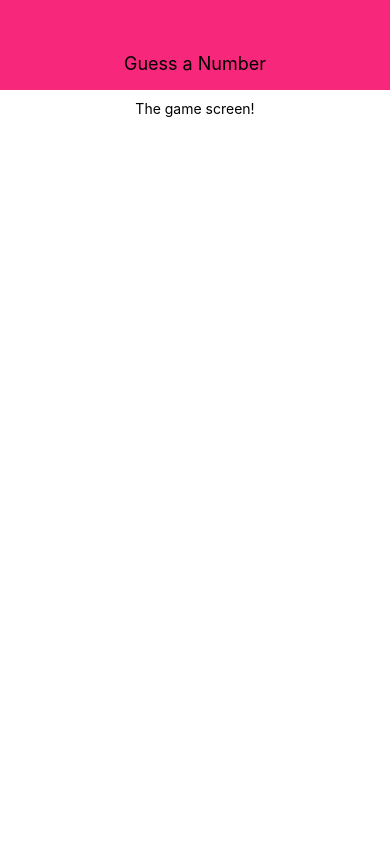
Repository: jes-wd/rn-num-guess
Screen: /
These files come from the project's save history. The screen is drawn as it stood at one moment and after a run of saves; the edit follows.
The app was drawn by React Native's web renderer in a window 390 px wide. The project was rebuilt for these pictures with package versions that can differ from the ones it lists, and the page was loaded fresh each time.

Above is the screen before, as saved 2020-03-21 20:19:28.

### App.js
import React from 'react';
import { StyleSheet, View } from 'react-native';

import Header from './components/Header';
import StartGameScreen from './screens/StartGameScreen';

export default function App() {
  return (
    <View style={styles.screen}>
      <Header title="Guess a Number"/>
      <StartGameScreen />
    </View>
  );
}

const styles = StyleSheet.create({
  screen: {
    flex: 1,
  },
});

### components/Header.js
import React from 'react';
import { View, Text, StyleSheet } from 'react-native';

const Header = props => {
  return(
    <View style={styles.header}>
      <Text style={styles.headerTitle}>{props.title}</Text>
    </View>
  );
};

const styles = StyleSheet.create({
  header: {
    width: '100%',
    height: 90,
    paddingTop: 36,
    backgroundColor: '#f7287b',
    alignItems: 'center',
    justifyContent: 'center'
  },
  headerTitle: {
    color: 'black',
    fontSize: 18
  }
});

export default Header;

### screens/StartGameScreen.js
import React from 'react';
import { StyleSheet, View, Text } from 'react-native';

const StartGameScreen = props => {
  return (
    <View style={styles.screen} >
      <Text>The game screen!</Text>
    </View>
  )
};

const styles = StyleSheet.create({
  screen: {
    flex: 1,
    padding: 10,
    alignItems: 'center'
  }
});

export default StartGameScreen;

After the next 2 saves:
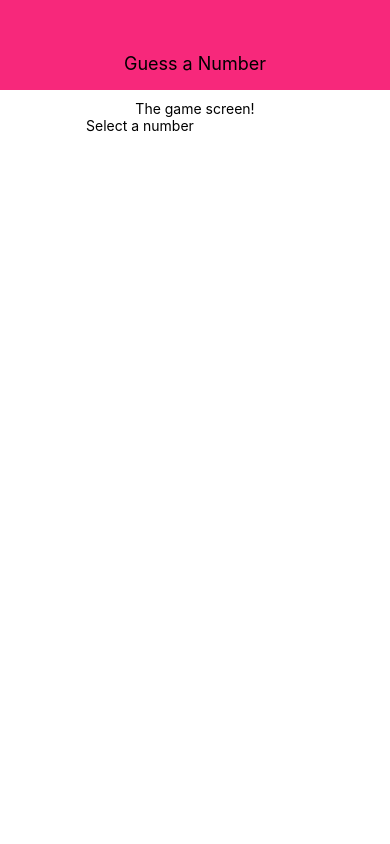
The 2 saves are shown as one change because 1 did not build or start.
The last was saved 2 min 7 s later.
--- a/screens/StartGameScreen.js
+++ b/screens/StartGameScreen.js
@@ -1,10 +1,14 @@
 import React from 'react';
-import { StyleSheet, View, Text } from 'react-native';
+import { StyleSheet, View, Text, TextInput } from 'react-native';
 
 const StartGameScreen = props => {
   return (
     <View style={styles.screen} >
       <Text>The game screen!</Text>
+      <View>
+        <Text>Select a number</Text>
+        <TextInput />
+      </View>
     </View>
   )
 };
